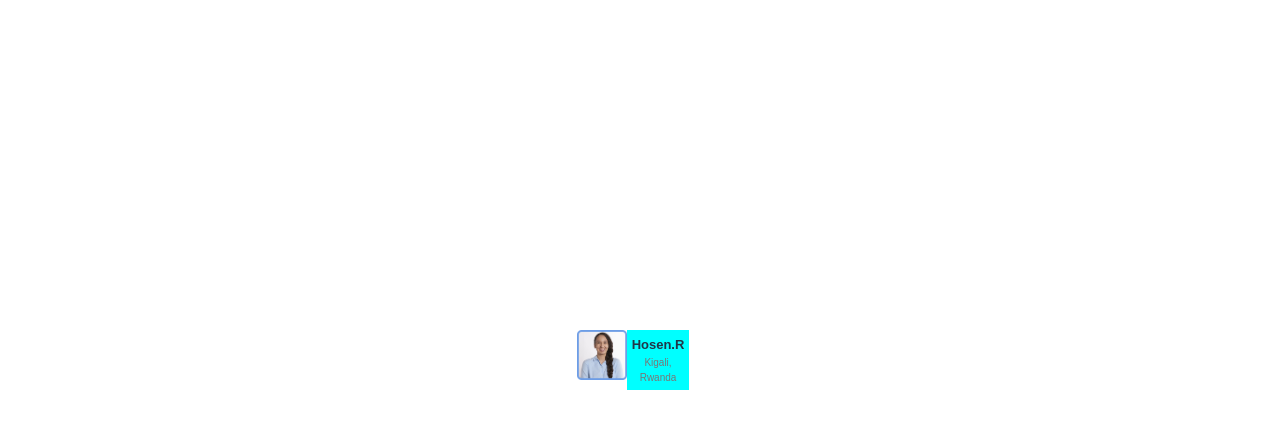
Repository: Auda-frontend/Kenshikeza
Page: /
An editor plug-in stored every save of this project. The page is shown before and after the next save, followed by the edit.
The browser window is 1280 px wide. The pictures show the whole page.
The project was rebuilt for these pictures with package versions that can differ from the ones it lists, and the page was loaded fresh each time. Also part of the build but not shown: vite.config.js.

Above is the page before, as saved 2024-01-24 22:46:04.

### src/App.jsx
import './App.css'
import SideBar from './Components/SideBar'

function App() {
  return (
    <div>
      <SideBar />
    </div>
  )
}

export default App

### src/Components/SideBar.jsx
import React from "react";
import Profile from "../assets/Rectangle 79.png";
import './SideBar.css';

function SideBar() {
  return (
    <div className="container">
    <div className="leftSide">
      <img src={Profile} alt="Profile photo" className="profilePhoto" />
      <div className="desc">
      <h2 className="names">Hosen.R</h2>
      <p>Kigali, Rwanda</p>
      </div>
    </div>
    </div>
  );
}

export default SideBar;

### src/Components/SideBar.css
*{
    margin: 0;
    padding: 0;
    box-sizing: border-box;
    font-family: sans-serif;
}
.container{
    padding: 0;
}
.leftSide{
    display: flex;
    max-width: 25%;
    max-height: 100%;
}
.leftSide .profilePhoto{
    float: left;
    width: 50px;
    height: 50px;
}
.desc{
    display: table-column;
    align-items: center;
    padding-top: 10px;
    padding: 5px;
    background-color: aqua;
}
.desc .names{
    font-size: small;
    /* margin: 5px; */
}
.desc p{
    font-size: x-small;
    color: rgb(121, 118, 118)
}

Loaded but not shown: index.html (common file); src/main.jsx (common file); src/index.css (common file); src/App.css (common file)

After the next save:
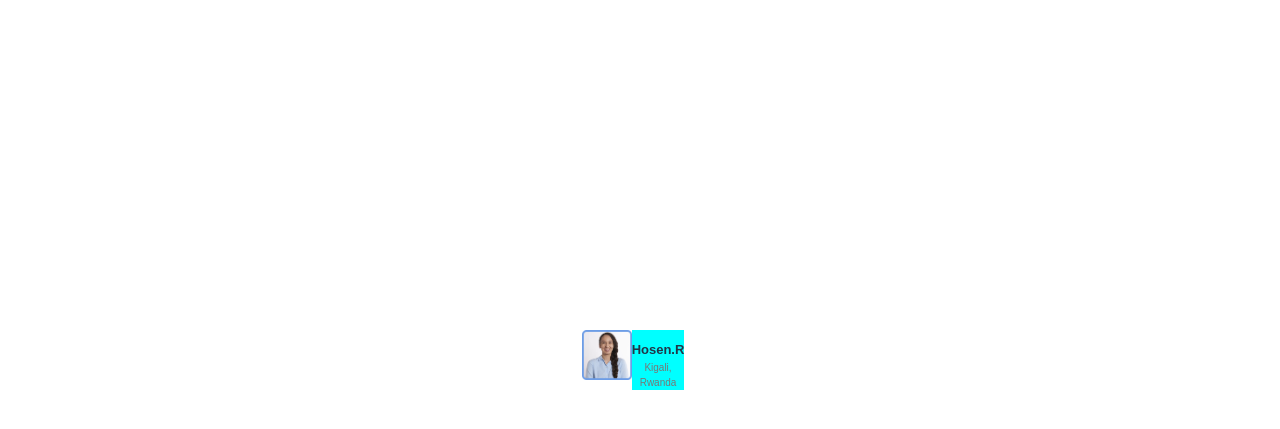
Saved 9 s later.
--- a/src/Components/SideBar.css
+++ b/src/Components/SideBar.css
@@ -21,7 +21,7 @@
     display: table-column;
     align-items: center;
     padding-top: 10px;
-    padding: 5px;
+    /* padding: 5px; */
     background-color: aqua;
 }
 .desc .names{
